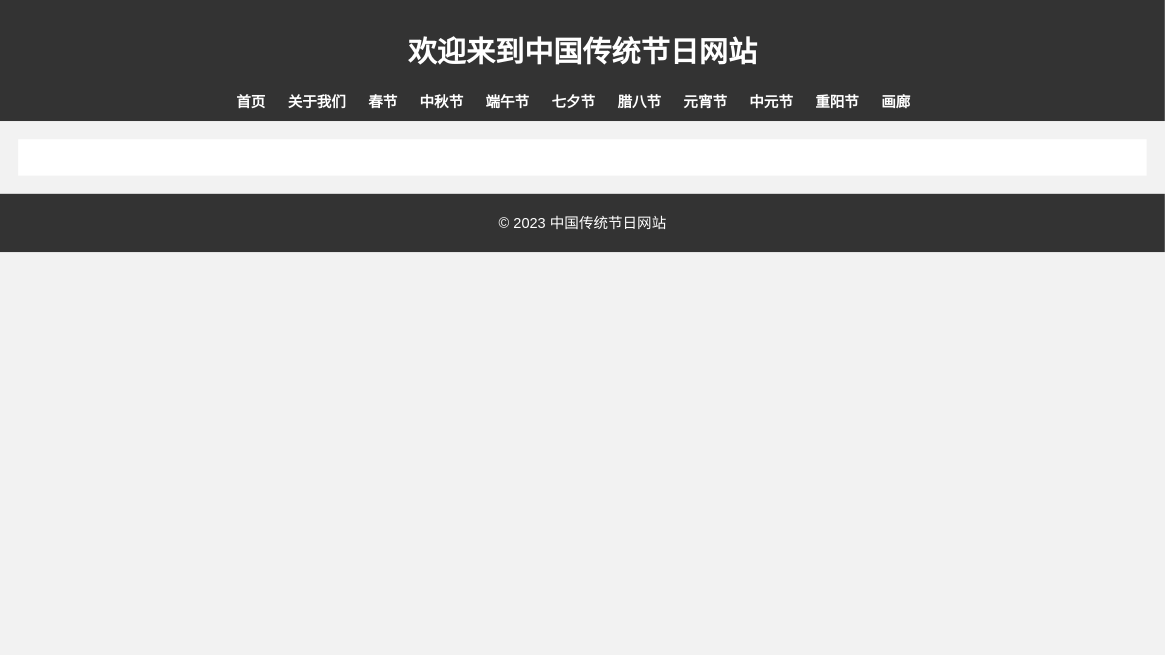
Repository: XueJie1/computer-operation-basics
Page: pages/gallery.html
These files come from the project's save history. The page is drawn as it stood at one moment and after the next save; the edit follows.
The browser window is 1280 px wide. The pictures show the whole page, at 91% of full size.

Above is the page before, as saved 2023-09-04 17:50:34.

### pages/gallery.html
<!DOCTYPE html>
<html lang="zh-CN">

<head>
    <meta charset="UTF-8">
    <meta name="viewport" content="width=device-width, initial-scale=1.0">
    <title>画廊 —— 中国传统节日</title>
    <link rel="stylesheet" type="text/css" href="../css/styles.css" />
    <script src="https://cdn.bootcdn.net/ajax/libs/jquery/3.6.4/jquery.js"></script>
</head>

<body>
    <header>
        <h1>欢迎来到中国传统节日网站</h1>
        <nav>
            <ul>
                <li><a href="index.html">首页</a></li>
                <li><a href="about.html">关于我们</a></li>
                <li><a href="./springfes/springfestival.html">春节</a></li>
                <li><a href="./midautumn/midautumnfestival.html">中秋节</a></li>
                <li><a href="./dragonboatfes/dragonboatfestival.html">端午节</a></li>
                <li><a href="./qixifes/qixifestival.html">七夕节</a></li>
                <li><a href="./labafes/labafestival.html">腊八节</a></li>
                <li><a href="./lanternfes/lanternfestival.html">元宵节</a></li>
                <li><a href="./hungryghostfes/hungryghostfestival.html">中元节</a></li>
                <li><a href="./doubleninthfes/doubleninthfestival.html">重阳节</a></li>
                <li><a href="#">画廊</a></li>
            </ul>
        </nav>
    </header>
    <main>

    </main>


    <footer>
        <p>&copy; 2023 中国传统节日网站</p>
    </footer>
</body>

</html>

### css/styles.css

body {
    font-family: Arial, sans-serif;
    margin: 0;
    padding: 0;
    background-color: #f2f2f2;
}

header , .header{
    background-color: #333;
    color: #fff;
    padding: 10px 0;
}


.header h1, header h1{
    text-align: center;
    text-decoration: none;
    color: #fff;
}

.banner {
    text-align: center;
    width: 100%;
    height: auto;
}

nav ul {
    list-style-type: none;
    margin: 0;
    padding: 0;
    text-align: center;
}

nav ul li {
    display: inline;
    margin-right: 20px;
}

nav ul li a {
    text-decoration: none;
    color: #fff;
    font-weight: bold;
    font-size: 16px;
}

nav ul li a:hover {
    color: #ff9900; /* 鼠标悬停时的颜色 */
}

main {
    margin: 20px 20px 20px 20px;
}

footer p , .footer p{
    color: #fff;
    text-align: center;
    background-color: #333;
    padding-top: 20px;
    padding-bottom: 20px;
}

/* 为网页容器设置样式 */
.container {
    display: flex;
}

/* 侧边栏样式 */
.sidebar {
    flex: 0 0 10%; /* 侧边栏占据25%的宽度 */
    background-color: #333;
    color: #fff;
    padding: 20px;
}

.sidebar ul {
    list-style-type: none;
    padding: 0;
}

.sidebar ul li {
    margin-bottom: 10px;
}

.sidebar ul li a {
    text-decoration: none;
    color: #fff;
    font-weight: bold;
    font-size: 16px;
}

/* 主内容区域样式 */
main {
    flex: 0 0 75%; /* 主内容区域占据75%的宽度 */
    background-color: #fff;
    padding: 20px;
}

/* 标题样式 */
/* h1 {
    font-size: 28px;
    color: #333;
    margin-top: 0;
} */

h2 {
    text-align: center;
    font-size: 24px;
    color: #333;
}

h3 {
    text-align: center;
}

/* 正文样式 */
p {
    font-size: 16px;
    line-height: 1.5;
    color: #555;
}

section {
    margin-left: 20px;
}

.img {
    text-align: center;
}

.img img {
    width: 350px;
    height: auto;
}

main li {
    color: #555;
}

After the next save:
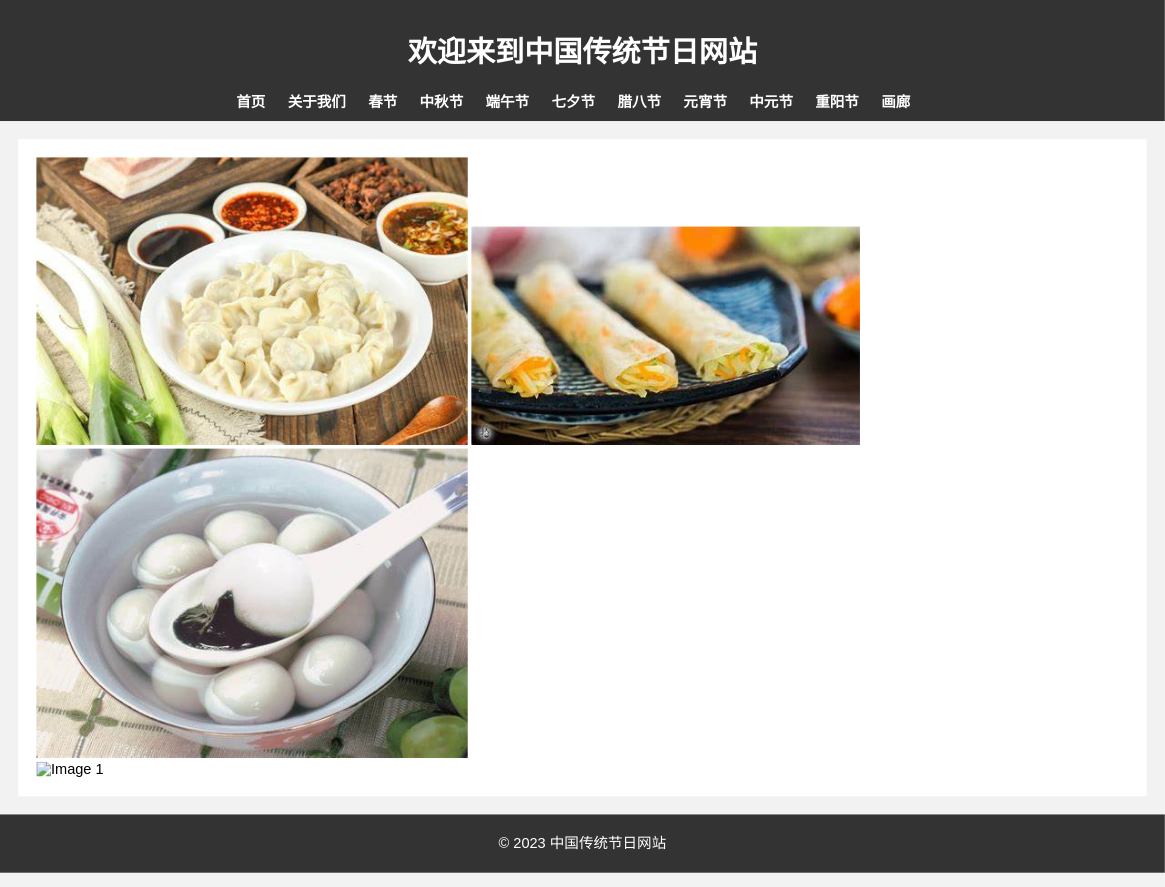
Not found: pages/image1.jpg
Saved 65 min 40 s later.
--- a/pages/gallery.html
+++ b/pages/gallery.html
@@ -29,7 +29,17 @@
         </nav>
     </header>
     <main>
+        <div class="gallery">
+            <div class="thumbnails">
+                <img src="../img/jiaozi.jpg" alt="Image 1">
+                <img src="../img/chunbing.jpg" alt="Image 2">
+                <img src="../img/yuanxiao.jpg" alt="Image 3">
 
+            </div>
+            <div class="main-image">
+                <img src="image1.jpg" alt="Image 1">
+            </div>
+        </div>
     </main>
 
 

After the save that followed:
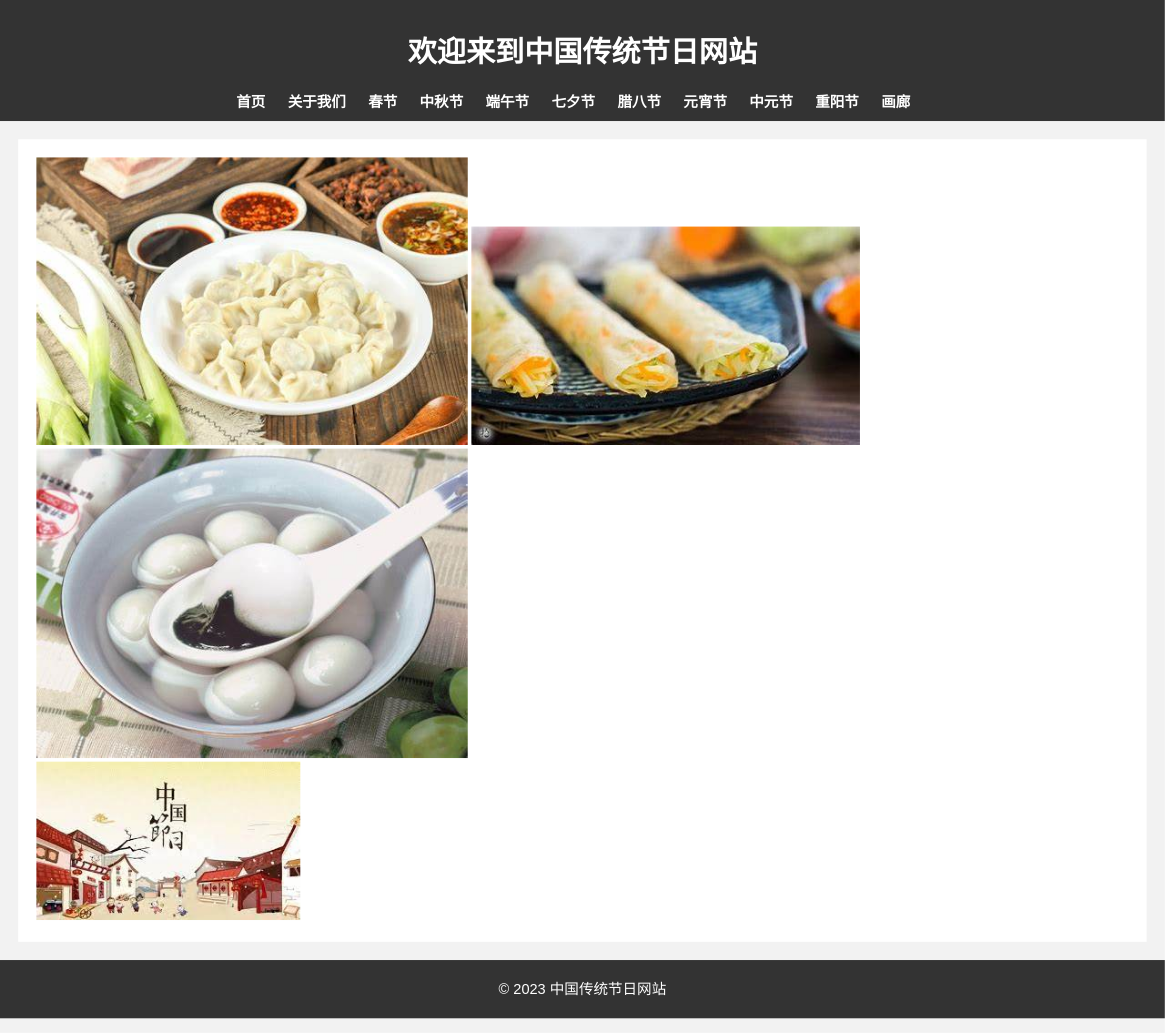
Saved 15 s later.
--- a/pages/gallery.html
+++ b/pages/gallery.html
@@ -37,7 +37,7 @@
 
             </div>
             <div class="main-image">
-                <img src="image1.jpg" alt="Image 1">
+                <img src="../img/banner.jpeg" alt="Image 1">
             </div>
         </div>
     </main>
